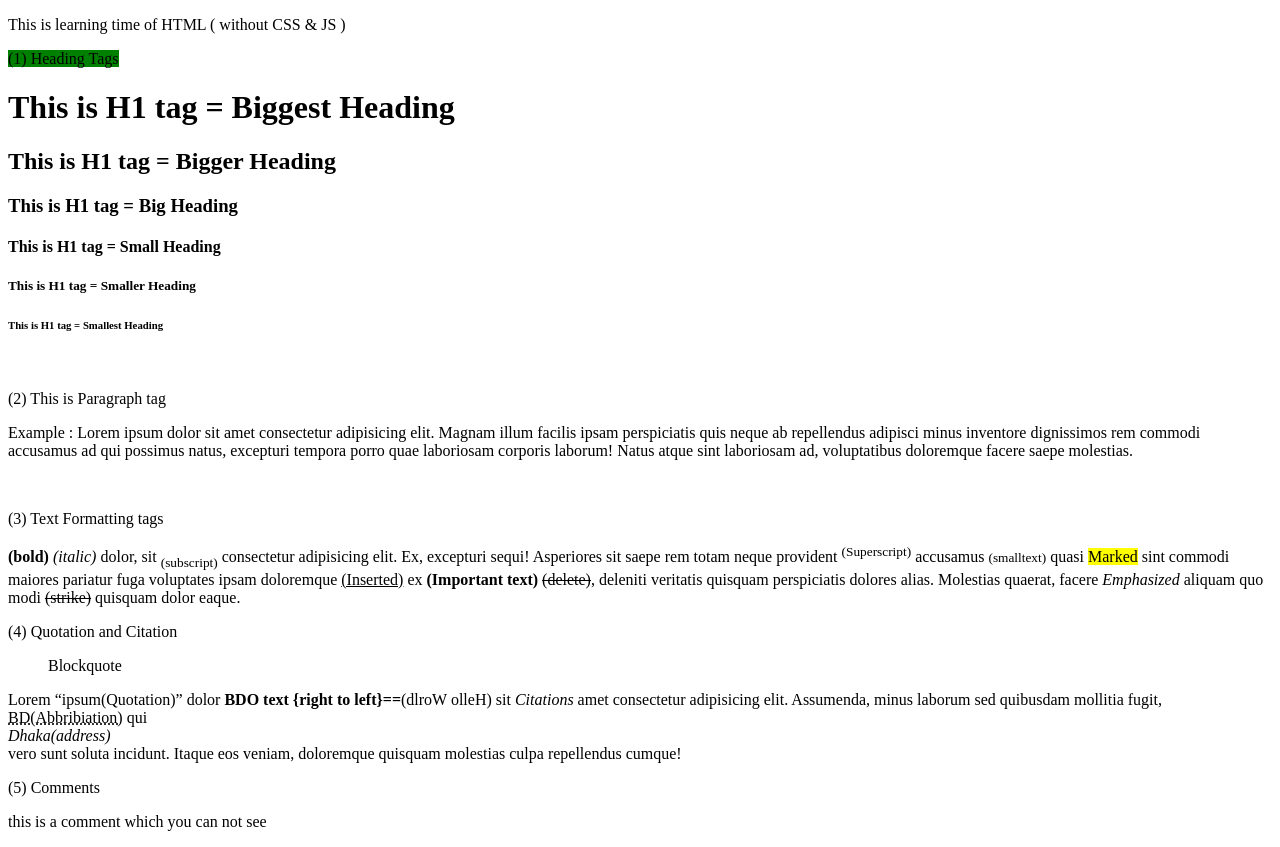
Repository: diptods/Frontend-in-60-DAYS
Page: Day01/learning/learn.html
An editor plug-in stored every save of this project. The page is shown before and after the next save, followed by the edit.
The browser window is 1280 px wide. The pictures show the whole page.

Above is the page before, as saved 2026-05-28 12:08:23.

### Day01/learning/learn.html
<!DOCTYPE html>
<html lang="en">

<head>
    <meta charset="UTF-8">
    <meta name="viewport" content="width=device-width, initial-scale=1.0">
    <title>Day 01 Of Frontend Learning</title>
</head>

<body>
    <p>This is learning time of HTML ( without CSS & JS )</p>
    <p><mark style="background-color:green">(1) Heading Tags</mark></p>
    <h1>This is H1 tag = Biggest Heading</h1>
    <h2>This is H1 tag = Bigger Heading</h2>
    <h3>This is H1 tag = Big Heading</h3>
    <h4>This is H1 tag = Small Heading</h4>
    <h5>This is H1 tag = Smaller Heading</h5>
    <h6>This is H1 tag = Smallest Heading</h6>
    <br>
    <p>(2) This is Paragraph tag</p>
    <p>Example : Lorem ipsum dolor sit amet consectetur adipisicing elit. Magnam illum facilis ipsam perspiciatis quis
        neque ab repellendus adipisci minus inventore dignissimos rem commodi accusamus ad qui possimus natus, excepturi
        tempora porro quae laboriosam corporis laborum! Natus atque sint laboriosam ad, voluptatibus doloremque facere
        saepe molestias.</p>
    <br>
    <p>(3) Text Formatting tags</p>
    <p><b>(bold)</b> <i>(italic)</i> dolor, sit <sub>(subscript)</sub> consectetur adipisicing elit. Ex, excepturi
        sequi! Asperiores sit saepe rem totam
        neque provident <sup>(Superscript)</sup> accusamus <small>(smalltext)</small> quasi <mark>Marked</mark> sint
        commodi maiores pariatur fuga voluptates ipsam doloremque
        <ins>(Inserted)</ins> ex <strong>(Important text)</strong> <del>(delete)</del>, deleniti veritatis quisquam
        perspiciatis dolores alias. Molestias quaerat, facere
        <em>Emphasized</em> aliquam quo modi <strike>(strike)</strike> quisquam dolor eaque.
    </p>
    <p>(4) Quotation and Citation</p>
    <p><blockquote>Blockquote</blockquote> Lorem <q>ipsum(Quotation)</q> dolor <b>BDO text {right to left}==</b><bdo dir="rtl">(Hello World)</bdo> sit <cite>Citations</cite> amet consectetur adipisicing elit. Assumenda, minus laborum sed quibusdam mollitia fugit,
        <abbr title="Bangladesh">BD(Abbribiation)</abbr> qui <address>Dhaka(address)</address>vero sunt soluta incidunt. Itaque eos veniam, doloremque quisquam molestias culpa repellendus cumque!
    </p>
    <p>(5) Comments</p>
    <!-- Write your comments here -->
     <p><!-- Write your comments here --> this is a comment which you can not see</p>
</body>

</html>

After the next save:
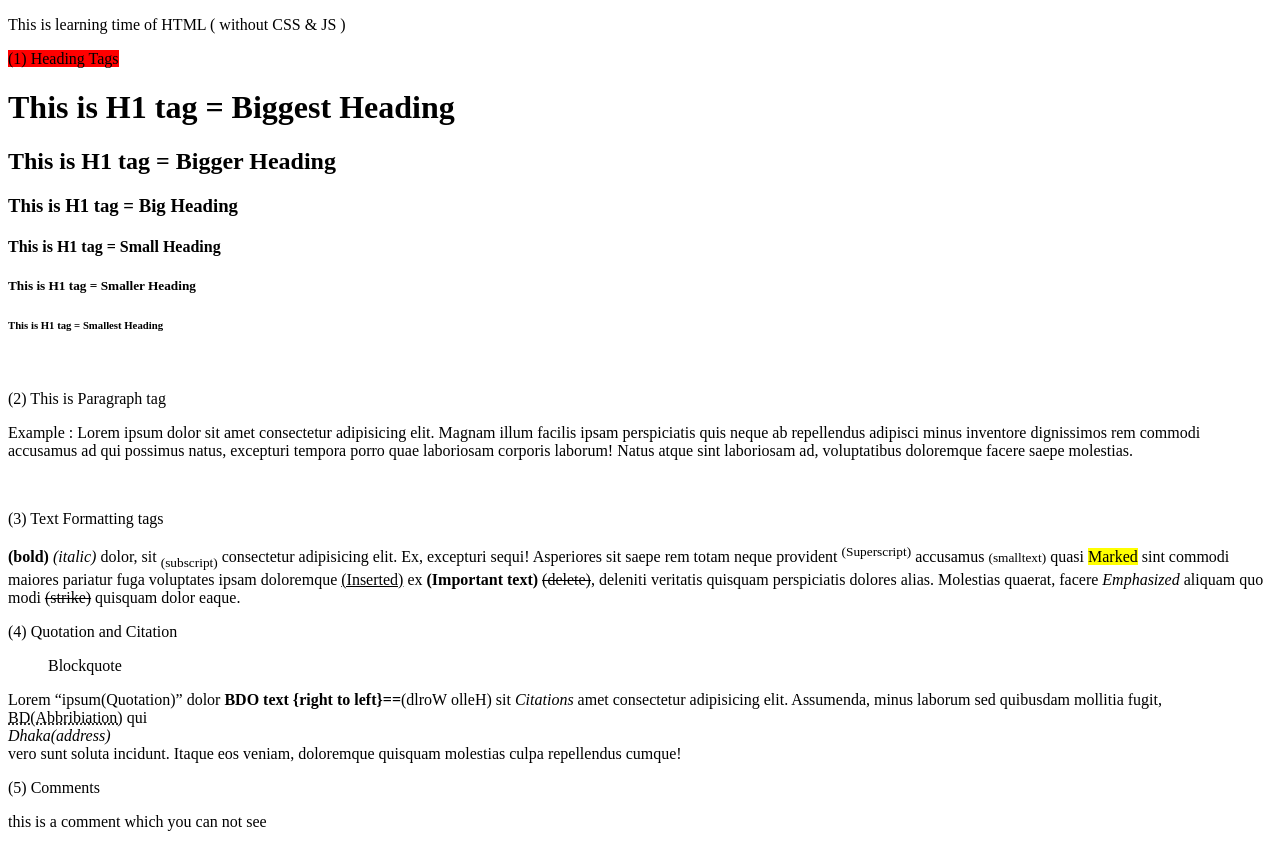
Saved 21 s later.
--- a/Day01/learning/learn.html
+++ b/Day01/learning/learn.html
@@ -9,7 +9,7 @@
 
 <body>
     <p>This is learning time of HTML ( without CSS & JS )</p>
-    <p><mark style="background-color:green">(1) Heading Tags</mark></p>
+    <p><mark style="background-color: red">(1) Heading Tags</mark></p>
     <h1>This is H1 tag = Biggest Heading</h1>
     <h2>This is H1 tag = Bigger Heading</h2>
     <h3>This is H1 tag = Big Heading</h3>
